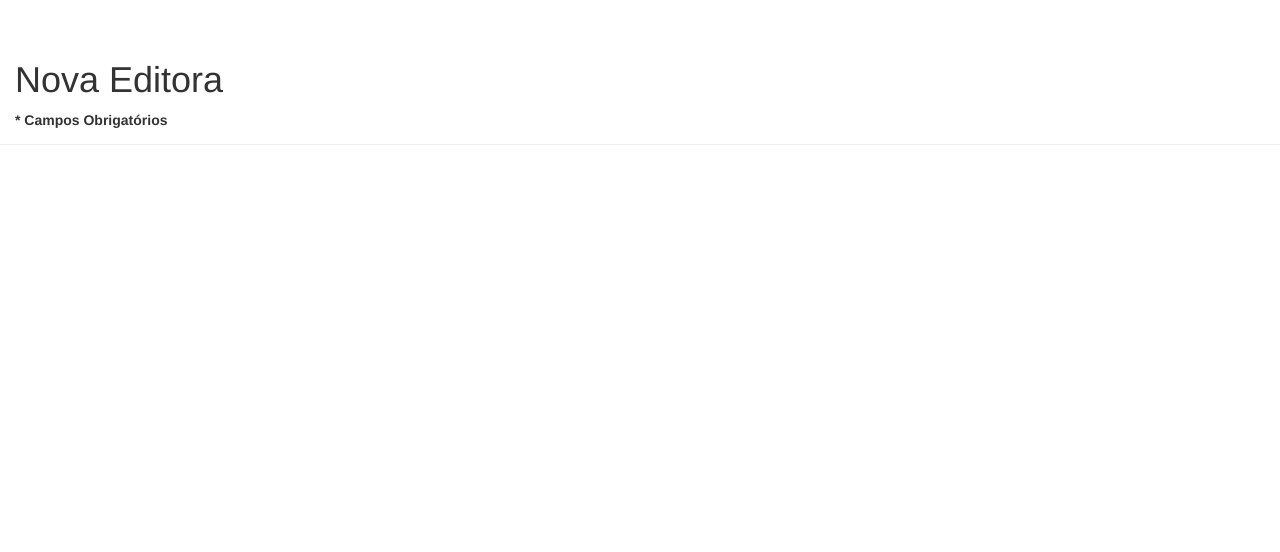
Repository: stefanyco/biblioteca
Page: http://localhost/Biblioteca/editoraAdicionar.jsp
These files come from the project's save history. The page is drawn as it stood at one moment and after the next save; the edit follows.
The browser window is 1280 px wide. The pictures show the whole page.
The page is served by Tomcat 9. Other server files are loaded and not shown.

Above is the page before, as saved 2016-11-04 01:19:46.

### Sistema Biblioteca/Biblioteca/WebContent/editoraAdicionar.jsp
<%@ page language="java" contentType="text/html; charset=ISO-8859-1"
	pageEncoding="ISO-8859-1"%>
<!DOCTYPE html PUBLIC "-//W3C//DTD HTML 4.01 Transitional//EN" "http://www.w3.org/TR/html4/loose.dtd">
<html>
<head>
<meta http-equiv="Content-Type" content="text/html; charset=ISO-8859-1">
<link href="bootstrap.min.css" rel="stylesheet">
<title>*** Nova Editora ***</title>
</head>
<body>
	<div class="page-header col-md-12">
		<h1>Nova Editora</h1>
		<label>* Campos Obrigatórios</label>
	</div>
</body>
</html>

Loaded but not shown: Sistema Biblioteca/Biblioteca/WebContent/bootstrap.min.css (library)

After the next save:
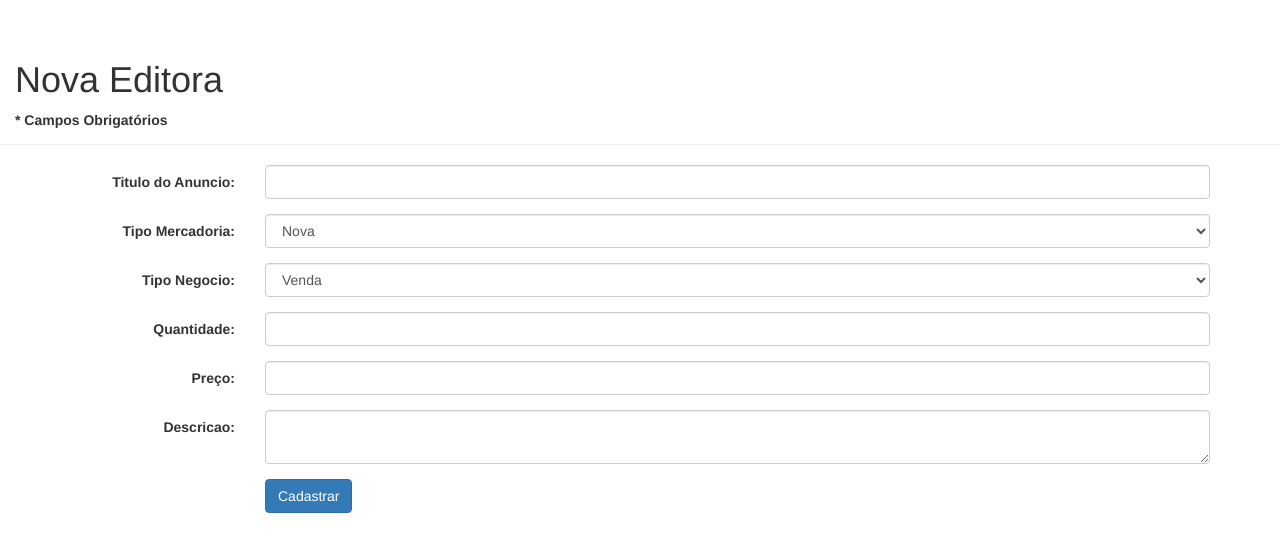
Saved 54 s later.
--- a/Sistema Biblioteca/Biblioteca/WebContent/editoraAdicionar.jsp
+++ b/Sistema Biblioteca/Biblioteca/WebContent/editoraAdicionar.jsp
@@ -12,5 +12,64 @@
 		<h1>Nova Editora</h1>
 		<label>* Campos Obrigatórios</label>
 	</div>
+	<div class="container">
+		<div class="row">
+			<div class="col-xs-12">
+				<form action="anuncioServlet" class="form-horizontal" method="post">
+					<div class="form-group">
+						<label for="nomeMerc" class="col-xs-2 control-label">Titulo
+							do Anuncio:</label>
+						<div class="col-xs-10">
+							<input type="text" class="form-control" name="nomeMerc">
+						</div>
+					</div>
+					<div class="form-group">
+						<label for="tipoMerc" class="col-xs-2 control-label">Tipo
+							Mercadoria:</label>
+						<div class="col-xs-10">
+							<select class="form-control" name="tipoMerc">
+								<option value="Nova">Nova</option>
+								<option value="Semi-Nova">Semi-Novo</option>
+								<option value="Usado">Usado</option>
+							</select>
+						</div>
+					</div>
+					<div class="form-group">
+						<label class="col-xs-2 control-label">Tipo Negocio:</label>
+						<div class="col-xs-10">
+							<select class="form-control" name="tipoNegocio">
+								<option value="Venda">Venda</option>
+								<option value="Compra">Compra</option>
+							</select>
+						</div>
+					</div>
+					<div class="form-group">
+						<label for="qtd" class="col-xs-2 control-label">Quantidade:</label>
+						<div class="col-xs-10">
+							<input type="number" class="form-control" name="qtd" id="Qtd">
+						</div>
+					</div>
+					<div class="form-group">
+						<label for="preco" class="col-xs-2 control-label">Preço:</label>
+						<div class="col-xs-10">
+							<input type="text" class="form-control" name="preco" id="Money">
+						</div>
+					</div>
+					<div class="form-group">
+						<label for="descricao" class="col-xs-2 control-label">Descricao:</label>
+						<div class="col-xs-10">
+							<textarea class="form-control" name="descricao" required></textarea>
+						</div>
+					</div>
+					<div class="form-group">
+						<div class="col-xs-offset-2 col-xs-10">
+							<button type="submit" class="btn btn-primary">Cadastrar</button>
+						</div>
+					</div>
+				</form>
+			</div>
+		</div>
+	</div>
+	</div>
 </body>
 </html>
